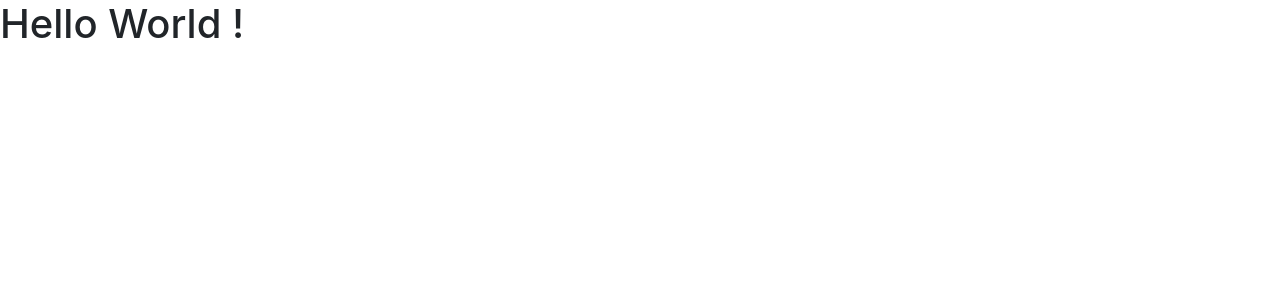
Repository: Pankaj08072001/Adv_Java
Page: http://localhost/06_Job_portal_Project/
These files come from the project's save history. The page is drawn as it stood at one moment and after the next save; the edit follows.
The browser window is 1280 px wide. The pictures show the whole page.
Some web libraries are served in a nearby version. The page is served by Tomcat 9. Other server files are loaded and not shown.

Above is the page before, as saved 2025-03-13 18:28:35.

### 06_Job_portal_Project/src/main/webapp/index.jsp
<%@ page language="java" contentType="text/html; charset=UTF-8"
    pageEncoding="UTF-8"%>
<!DOCTYPE html>
<html>
<head>
<meta charset="UTF-8">
<title>Insert title here</title>
</head>
<body>
<%@include file ="All_component/All_css.jsp" %>

<h1>Hello World !</h1>
</body>
</html>

### 06_Job_portal_Project/src/main/webapp/All_component/All_css.jsp
<link rel="stylesheet"
	href="https://cdn.jsdelivr.net/npm/bootstrap@4.0.0/dist/css/bootstrap.min.css"
	integrity="sha384-Gn5384xqQ1aoWXA+058RXPxPg6fy4IWvTNh0E263XmFcJlSAwiGgFAW/dAiS6JXm"
	crossorigin="anonymous">


<script src="https://code.jquery.com/jquery-3.2.1.slim.min.js"
	integrity="sha384-KJ3o2DKtIkvYIK3UENzmM7KCkRr/rE9/Qpg6aAZGJwFDMVNA/GpGFF93hXpG5KkN"
	crossorigin="anonymous"></script>
<script
	src="https://cdn.jsdelivr.net/npm/popper.js@1.12.9/dist/umd/popper.min.js"
	integrity="sha384-ApNbgh9B+Y1QKtv3Rn7W3mgPxhU9K/ScQsAP7hUibX39j7fakFPskvXusvfa0b4Q"
	crossorigin="anonymous"></script>
<script
	src="https://cdn.jsdelivr.net/npm/bootstrap@4.0.0/dist/js/bootstrap.min.js"
	integrity="sha384-JZR6Spejh4U02d8jOt6vLEHfe/JQGiRRSQQxSfFWpi1MquVdAyjUar5+76PVCmYl"
	crossorigin="anonymous"></script>

<link rel="stylesheet"
	href="https://cdnjs.cloudflare.com/ajax/libs/font-awesome/6.7.2/css/all.min.css"
	integrity="sha512-Evv84Mr4kqVGRNSgIGL/F/aIDqQb7xQ2vcrdIwxfjThSH8CSR7PBEakCr51Ck+w+/U6swU2Im1vVX0SVk9ABhg=="
	crossorigin="anonymous" referrerpolicy="no-referrer" />

	<link rel="Stylesheet" href ="All_component/Style.css" >

### 06_Job_portal_Project/src/main/webapp/All_component/Style.css
body{
	backgroud:babypink ;
}

After the next save:
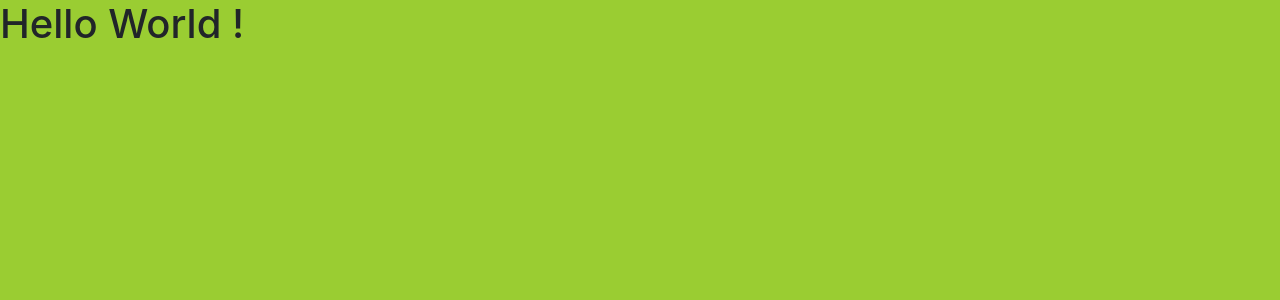
Saved 118 s later.
--- a/06_Job_portal_Project/src/main/webapp/All_component/Style.css
+++ b/06_Job_portal_Project/src/main/webapp/All_component/Style.css
@@ -1,3 +1,3 @@
-body{
-	backgroud:babypink ;
+body {
+	background-color: yellowgreen;
 }
